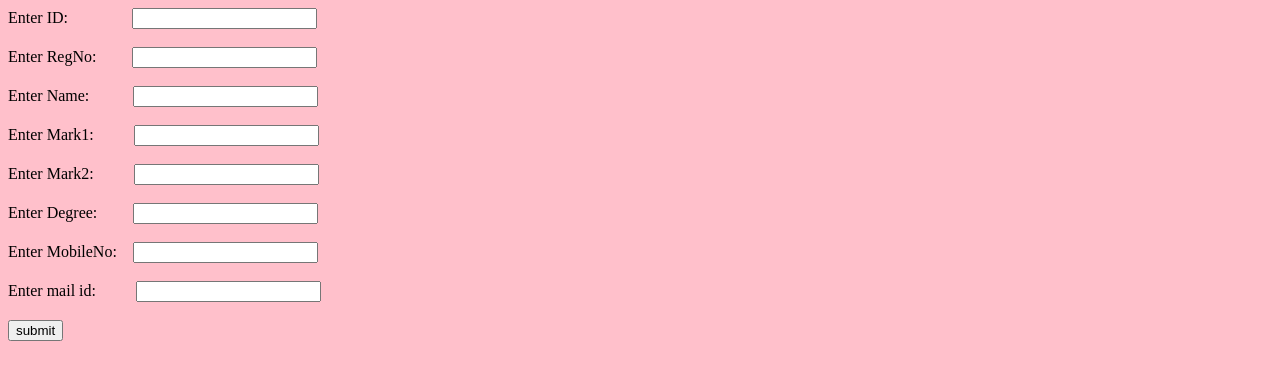
Repository: venkataswamyIppe/HiberntePracticeProblems
Page: http://localhost/HibernateIntegrateWithServlet/Welcome.jsp
An editor plug-in stored every save of this project. The page is shown before and after the next save, followed by the edit.
The browser window is 1280 px wide. The pictures show the whole page.
The page is served by Tomcat 9.

Above is the page before, as saved 2017-01-30 17:18:33.

After the next save:
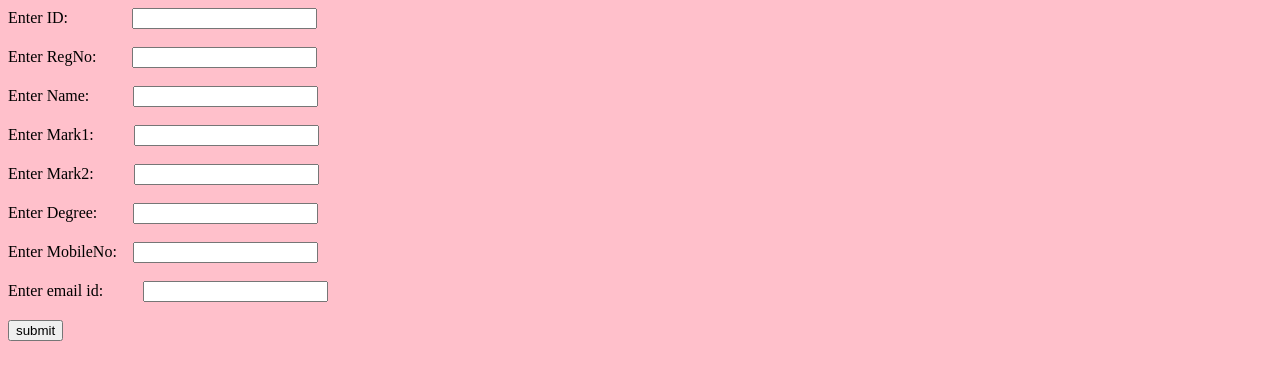
Saved 26 s later.
--- a/HibernateIntegrateWithServlet/WebContent/Welcome.jsp
+++ b/HibernateIntegrateWithServlet/WebContent/Welcome.jsp
@@ -16,7 +16,7 @@ Enter Mark1:&nbsp;&nbsp;&nbsp;&nbsp;&nbsp;&nbsp;&nbsp;&nbsp;&nbsp;&nbsp;<input t
 Enter Mark2:&nbsp;&nbsp;&nbsp;&nbsp;&nbsp;&nbsp;&nbsp;&nbsp;&nbsp;&nbsp;<input type="text" name="mark2"></input><br/><br/>
 Enter Degree:&nbsp;&nbsp;&nbsp;&nbsp;&nbsp;&nbsp;&nbsp;&nbsp;&nbsp;<input type="text" name="degree"></input><br/><br/>
 Enter MobileNo:&nbsp;&nbsp;&nbsp;&nbsp;<input type="text" name="mobNo"></input><br/><br/>
-Enter mail id:&nbsp;&nbsp;&nbsp;&nbsp;&nbsp;&nbsp;&nbsp;&nbsp;&nbsp;&nbsp;<input type="text" name="mail"></input><br/><br/>
+Enter email id:&nbsp;&nbsp;&nbsp;&nbsp;&nbsp;&nbsp;&nbsp;&nbsp;&nbsp;&nbsp;<input type="text" name="mail"></input><br/><br/>
 <input type="submit" value="submit" name="submit"></form>
 </body>
 </html>
